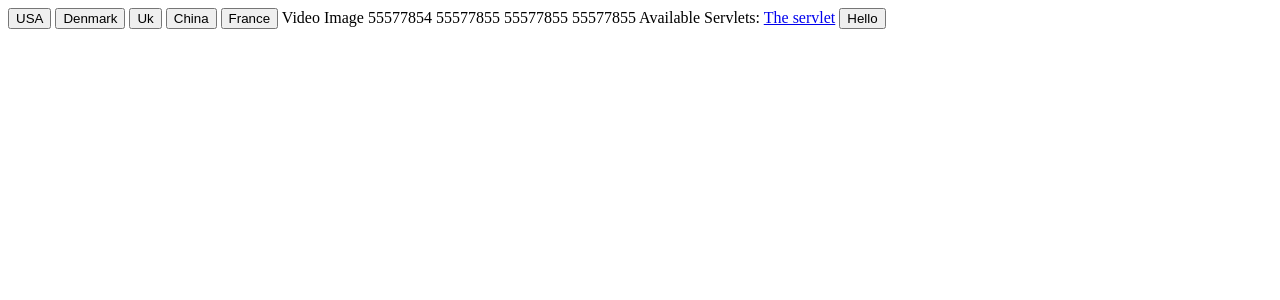
Repository: isauraAlmar/App-Engine-and-Internationalization-with-Java
Page: http://localhost/Marven/
The author's editor kept a copy of each file at every save. The page is drawn from the files as they stood at one save, then again after the next save.
The browser window is 1280 px wide. The pictures show the whole page.
Some web fonts or font styles are not loaded; a fallback is used. The page is served by Tomcat 9. Other server files are loaded and not shown.

Above is the page before, as saved 2017-05-04 10:52:24.

### Marven/src/main/webapp/index.jsp
<!DOCTYPE html>
<%@ page contentType="text/html;charset=UTF-8" language="java" %>
<%@ page import="com.exemple.HelloInfo" %>
<!-- [START_EXCLUDE] -->
<%--
  ~ Copyright (c) 2016 Google Inc. All Rights Reserved.
  ~
  ~ Licensed under the Apache License, Version 2.0 (the "License"); you
  ~ may not use this file except in compliance with the License. You may
  ~ obtain a copy of the License at
  ~
  ~     http://www.apache.org/licenses/LICENSE-2.0
  ~
  ~ Unless required by applicable law or agreed to in writing, software
  ~ distributed under the License is distributed on an "AS IS" BASIS,
  ~ WITHOUT WARRANTIES OR CONDITIONS OF ANY KIND, either express or
  ~ implied. See the License for the specific language governing
  ~ permissions and limitations under the License.
  --%>
<!-- [END_EXCLUDE] -->
<html>
<head>
  <link href='//fonts.googleapis.com/css?family=Marmelad' rel='stylesheet' type='text/css'>
  <title>Hello App Engine Standard</title>
</head>
<body>


    <button >USA</button>
    <button >Denmark</button>
	<button >Uk</button>
	<button >China</button>
	<button >France</button>



  <tr>
    <th rowspan="2">Video Image</th>
    <td>55577854</td>
  </tr>
  <tr>
    <td>55577855</td>
  </tr>
  <tr>
    <td>55577855</td>
  </tr>
  <tr>
    <td>55577855</td>
  </tr>

</table>

    <tr>
      <td colspan="2" style="font-weight:bold;">Available Servlets:</td>
    </tr>
    <tr>
      <td><a href='/hello'>The servlet</a></td>
    </tr>
  </table>
  <button >Hello</button>


</body>
</html>

After the next save:
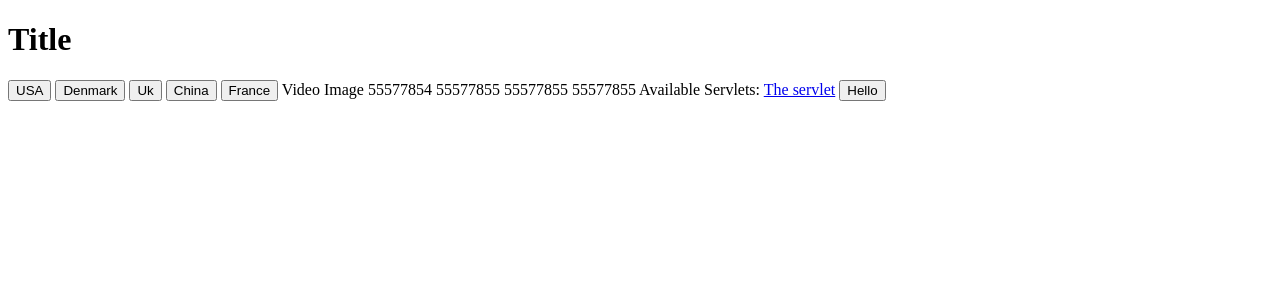
Saved 47 s later.
--- a/Marven/src/main/webapp/index.jsp
+++ b/Marven/src/main/webapp/index.jsp
@@ -25,7 +25,7 @@
 </head>
 <body>
 
-
+    <h1> Title </h1>
     <button >USA</button>
     <button >Denmark</button>
 	<button >Uk</button>
